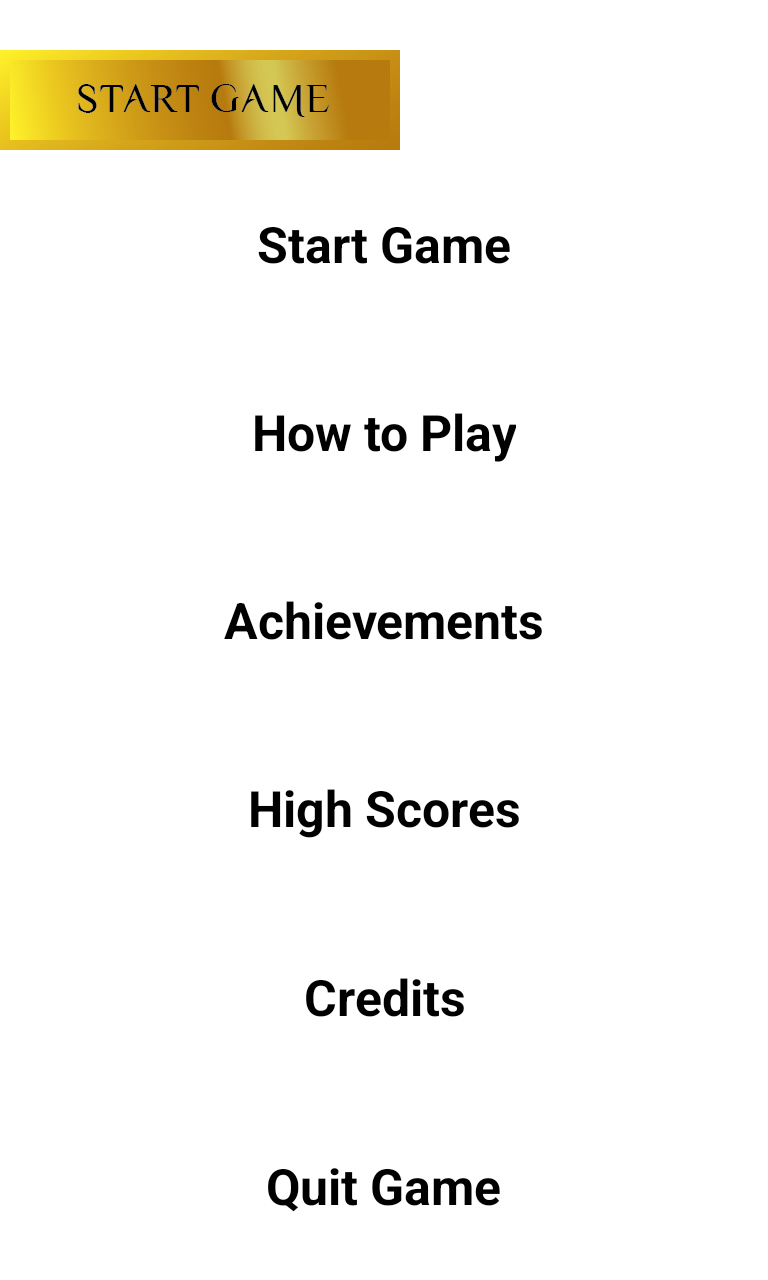
Repository: Zilter/IMT3671-Mobile-Project
Layout: GemSwapper/res/layout/activity_main.xml
The author's editor kept a copy of each file at every save. The layout is drawn from the files as they stood at one save, then again after the next save.
It is drawn on a 768 x 1280 px phone screen (xhdpi) without system bars, with theme AppTheme; the app's code is not run.

Above is the layout before, as saved 2012-12-04 11:37:35.

After the next save:
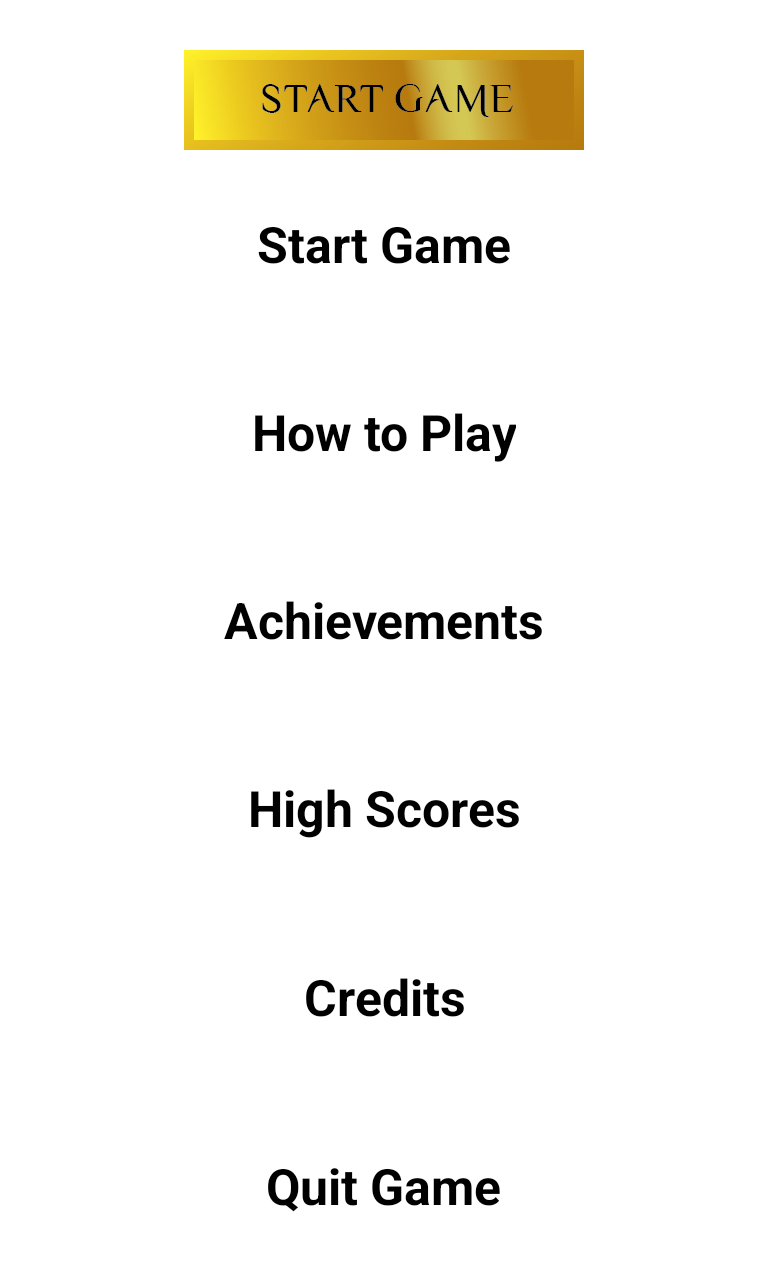
Saved 102 s later.
--- a/GemSwapper/res/layout/activity_main.xml
+++ b/GemSwapper/res/layout/activity_main.xml
@@ -25,7 +25,7 @@
      	    android:layout_height="wrap_content"
      	    android:layout_width="wrap_content"
      	    android:background="@drawable/start_game_01"
-     	    android:layout_gravity="center_vertical"
+     	    android:layout_gravity="center"
      	    android:layout_marginTop="25dp"
      	    />
 
